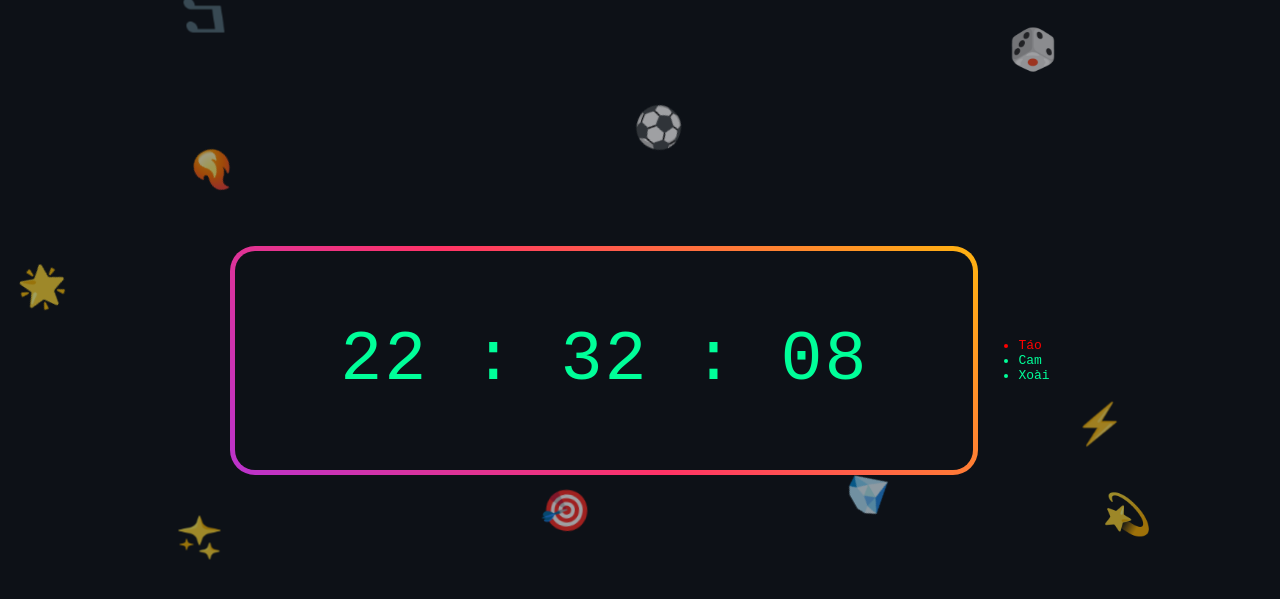
Repository: trunghau06/baiTapJs
Page: index.html
An editor plug-in stored every save of this project. The page is shown before and after the next save, followed by the edit.
The browser window is 1280 px wide. The pictures show the whole page.

Above is the page before, as saved 2025-10-21 18:01:01.

### index.html
<!DOCTYPE html>
<html lang="en">
<head>
    <meta charset="UTF-8">
    <meta name="viewport" content="width=device-width, initial-scale=1.0">
    <link rel="stylesheet" href="style.css">
    <title>Clock</title>
</head>
<body>
    <div class="floating-icon icon-1">🎵</div>
    <div class="floating-icon icon-2">🎲</div>
    <div class="floating-icon icon-3">✨</div>
    <div class="floating-icon icon-4">💫</div>
    <div class="floating-icon icon-5">🌟</div>
    <div class="floating-icon icon-6">⚡</div>
    <div class="floating-icon icon-7">🔥</div>
    <div class="floating-icon icon-8">💎</div>
    <div class="floating-icon icon-9">⚽</div>
    <div class="floating-icon icon-10">🎯</div>
    <div class="floating-icon icon-11">🚀</div>

    <div class="border-wrapper">
        <div class="showThoiGian">
            <span id="thoiGian"></span>
        </div>
    </div>
    <script src="main.js"></script>
</body>
</html>

<!DOCTYPE html>
<html>
<body>
  <ul>
    <li>Táo</li>
    <li>Cam</li>
    <li>Xoài</li>
  </ul>

  <script>
    let elements = document.getElementsByTagName("li"); // chọn tất cả thẻ <li>
    elements[0].style.color = "red"; // đổi màu chữ phần tử <li> đầu tiên
  </script>
</body>
</html>

### style.css
body {
    margin: 0;
    height: 100vh;
    display: flex;
    justify-content: center;
    align-items: center;
    background: #0d1117;
    color: #00ff99;
    font-family: monospace;
    overflow: hidden;
    position: relative;
}

.floating-icon {
    position: absolute;
    font-size: 40px;
    opacity: 0.6;
    pointer-events: none;
    animation: float 20s infinite ease-in-out;
}

.icon-1 {
    top: 10%;
    left: 10%;
    animation-delay: 0s;
}

.icon-2 {
    top: 20%;
    right: 15%;
    animation-delay: -5s;
}

.icon-3 {
    bottom: 15%;
    left: 20%;
    animation-delay: -10s;
}

.icon-4 {
    bottom: 25%;
    right: 10%;
    animation-delay: -15s;
}

.icon-5 {
    top: 50%;
    left: 5%;
    animation-delay: -7s;
}

.icon-6 {
    top: 60%;
    right: 8%;
    animation-delay: -12s;
}

.icon-7 {
    top: 35%;
    left: 15%;
    animation-delay: -3s;
}

.icon-8 {
    top: 75%;
    right: 25%;
    animation-delay: -8s;
}

.icon-9 {
    top: 15%;
    left: 50%;
    animation-delay: -14s;
}

.icon-10 {
    bottom: 10%;
    left: 45%;
    animation-delay: -6s;
}

.icon-11 {
    top: 45%;
    right: 20%;
    animation-delay: -11s;
}

@keyframes float {
    0%, 100% {
        transform: translate(0, 0) rotate(0deg);
    }
    25% {
        transform: translate(50px, -80px) rotate(90deg);
    }
    50% {
        transform: translate(-30px, -120px) rotate(180deg);
    }
    75% {
        transform: translate(-80px, -50px) rotate(270deg);
    }
}

.border-wrapper {
    position: relative;
    padding: 5px;
    border-radius: 25px;
    background: linear-gradient(45deg,
        #00ff99,
        #00ccff,
        #9933ff,
        #ff3366,
        #ffcc00,
        #00ff99
    );
    background-size: 400%;
    animation: gradient-rotate 3s linear infinite;
    z-index: 10;
}

@keyframes gradient-rotate {
    0% {
        background-position: 0% 50%;
    }
    50% {
        background-position: 100% 50%;
    }
    100% {
        background-position: 0% 50%;
    }
}

.showThoiGian {
    position: relative;
    font-size: 70px;
    letter-spacing: 2px;
    padding: 1em 1.5em;
    border-radius: 20px;
    text-align: center;
    color: #00ff99;
    background: #0d1117;
    max-width: 90vw;
}

@media (max-width: 768px) {
    .showThoiGian {
        font-size: 50px;
        padding: 0.8em 1.2em;
    }

    .floating-icon {
        font-size: 30px;
    }
}

@media (max-width: 480px) {
    .showThoiGian {
        font-size: 36px;
        padding: 0.6em 1em;
    }

    .floating-icon {
        font-size: 24px;
    }
}

### main.js
function showThoiGian() {
    let thoiGianHienTai = new Date();

    let gio  = thoiGianHienTai.getHours();
    let phut = thoiGianHienTai.getMinutes();
    let giay = thoiGianHienTai.getSeconds();

    gio  = formatNumber(gio);
    phut = formatNumber(phut);
    giay = formatNumber(giay);

    document.getElementById("thoiGian").innerHTML = gio + " : " + phut + " : " + giay;

    // setTimeout(showThoiGian, 1000);
}

function formatNumber(number) {
    return number < 10 ? "0" + number : String(number);
}

showThoiGian();

setInterval(showThoiGian, 1000);

After the next save:
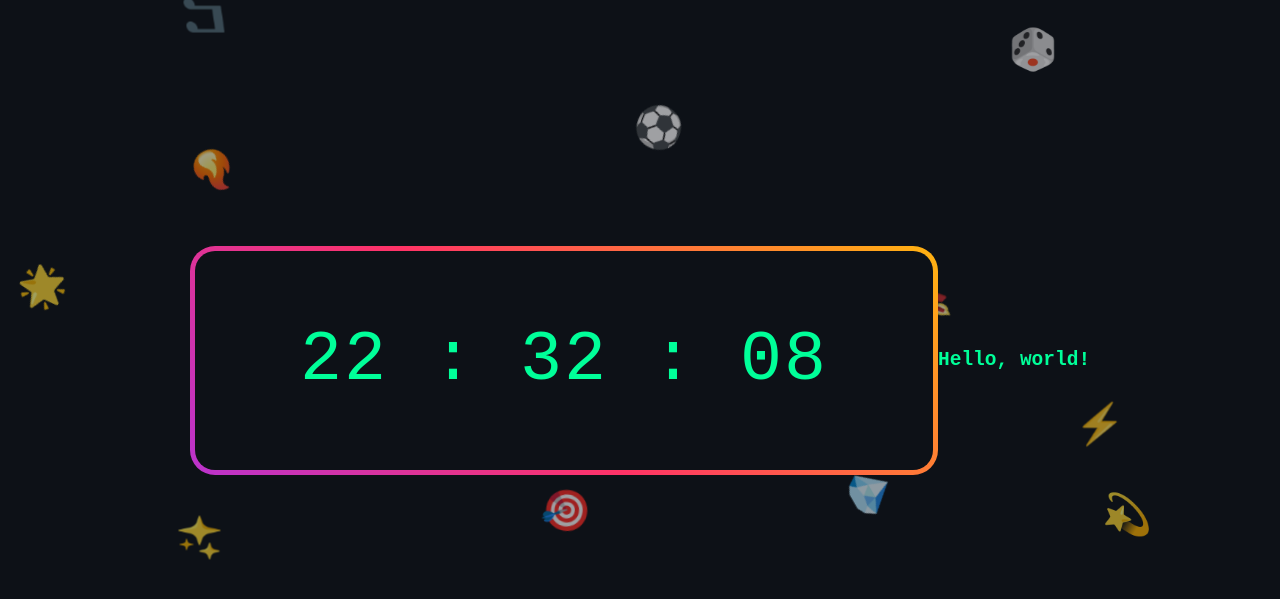
Saved 36 s later.
--- a/index.html
+++ b/index.html
@@ -31,15 +31,10 @@
 <!DOCTYPE html>
 <html>
 <body>
-  <ul>
-    <li>Táo</li>
-    <li>Cam</li>
-    <li>Xoài</li>
-  </ul>
+  <h2 id="heading">Xin chào!</h2>
 
   <script>
-    let elements = document.getElementsByTagName("li"); // chọn tất cả thẻ <li>
-    elements[0].style.color = "red"; // đổi màu chữ phần tử <li> đầu tiên
+    document.getElementById("heading").innerHTML = "Hello, world!";
   </script>
 </body>
 </html>
